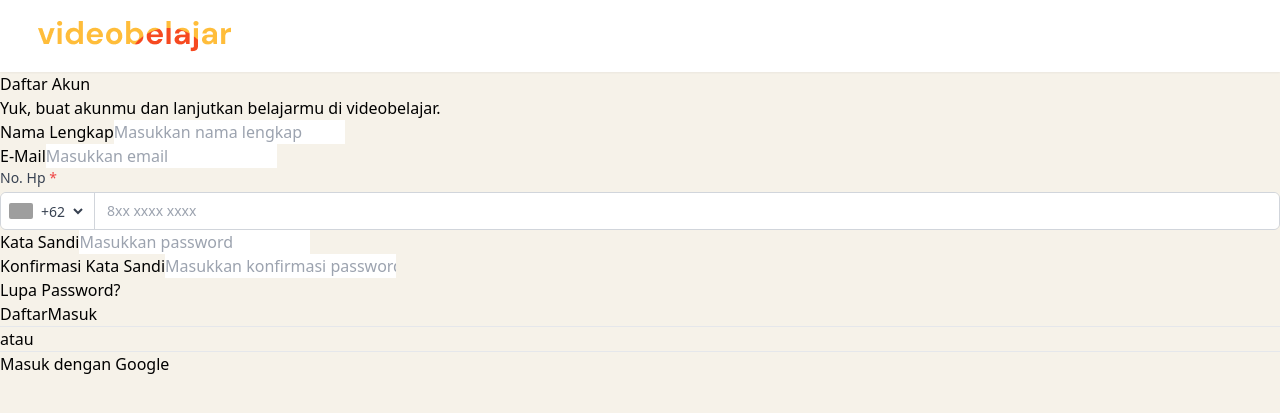
Repository: dimascahyanugraha/Course-Mission-4
Page: /signup
The author's editor kept a copy of each file at every save. The page is drawn from the files as they stood at one save, then again after the next save.
The browser window is 1280 px wide. The pictures show the whole page.
Pictures or frames that could not be fetched are drawn as grey boxes. The project was rebuilt for these pictures with package versions that can differ from the ones it lists, and the page was loaded fresh each time. Also part of the build but not shown: vite.config.js, src/components/LoginPage.jsx.

Above is the page before, as saved 2026-05-29 10:45:13.

After the next save:
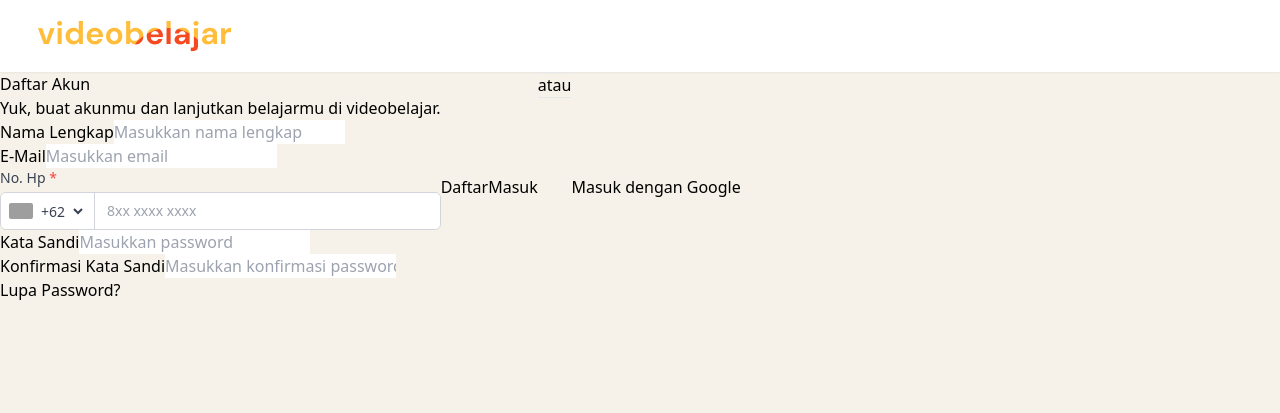
Saved 33 s later.
--- a/src/components/Signup.jsx
+++ b/src/components/Signup.jsx
@@ -8,7 +8,7 @@ export default function Signup() {
         <img src={logoVideoBelajar} alt="logo" />
       </header>
 
-      <main>
+      <main className="flex">
         <div>
           <h2>Daftar Akun</h2>
           <p>Yuk, buat akunmu dan lanjutkan belajarmu di videobelajar.</p>
